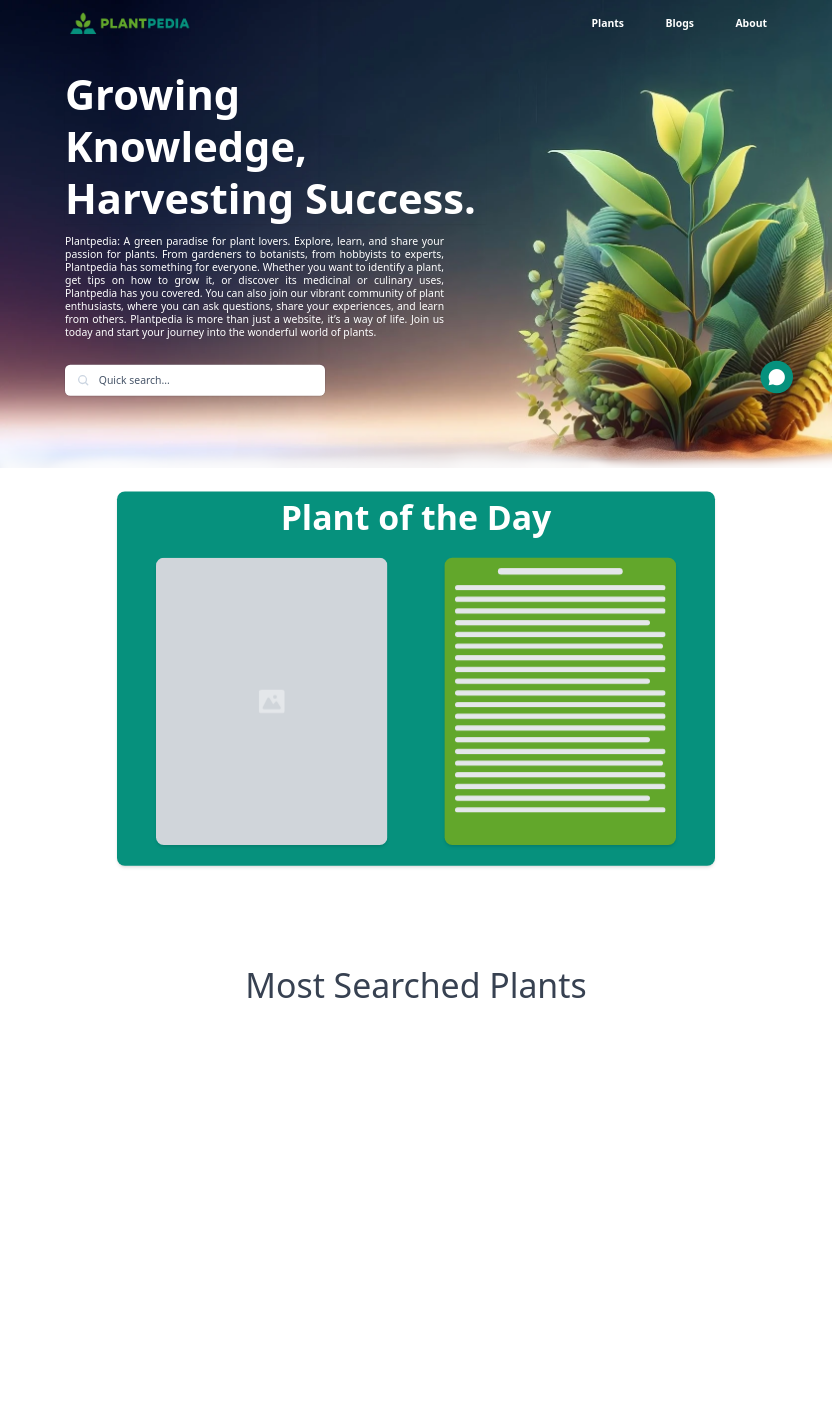
Repository: silham/PlantPedia
Page: /test/home
The author's editor kept a copy of each file at every save. The page is drawn from the files as they stood at one save, then again after the next save.
The browser window is 1280 px wide. The pictures show the whole page, at 65% of full size.
The page's requests for data from a server got no answer. The project was rebuilt for these pictures with package versions that can differ from the ones it lists, and the page was loaded fresh each time. The framework's server and built-in components were replaced by stand-ins that run in the browser. No one was signed in, and anything a server would have sent is missing. Also part of the build but not shown: next.config.js, app/components/SearchBox.css, app/test/Chat/style.css, app/utils/Formatter.ts.

Above is the page before, as saved 2023-10-16 14:40:45.

### app/layout.tsx
import "./globals.css";
import "remixicon/fonts/remixicon.css";
import type { Metadata } from "next";

export const metadata: Metadata = {
  title: "Plantpedia",
  description: "Growing knowledge, harvesting success",
};

export default function RootLayout({
  children,
}: {
  children: React.ReactNode;
}) {
  return (
    <html lang="en">
      <head>
        <meta
          name="format-detection"
          content="telephone=no, date=no, email=no, address=no"
        />
      </head>
      <body>{children}</body>
    </html>
  );
}

### app/test/home/page.tsx
import Image from "next/image";
import Link from "next/link";
import "./styles.css";
import { MainSearchBtn, SideSearchBtn } from "./SearchBtns";
import PlantOfDay from "./PlantOfDay";
import Chat from "../Chat/Chat";
import TrendingTopics from "./TrendingTopics";

const Home = () => {
  return (
    <>
      <section className="h-[100vh] w-[100vw] px-[100px] hero bg-cover text-white">
        <header className="h-[10vh] w-full flex justify-between py-2 items-center">
          <div className="h-full flex items-center justify-center">
            <Image src="/plantpedia.png" width={200} height={90} alt="logo" />
          </div>
          <nav className="flex justify-between text-[16px] font-semibold text-white w-[25%]">
            <Link href="/plants">Plants</Link>
            <Link href="/blogs">Blogs</Link>
            <Link href="/about#">About</Link>
          </nav>
        </header>
        <div className="w-[60%] h-full">
          <div className="flex flex-col justify-center h-full">
            <h2 className="text-[64px] font-extrabold leading-tight shadow-sm mb-4 -mt-[150px]">
              Growing Knowledge,
              <br />
              Harvesting Success.
            </h2>
            <h4 className="text-[16px] text-justify leading-tight w-[90%] mb-10">
              Plantpedia: A green paradise for plant lovers. Explore, learn, and
              share your passion for plants. From gardeners to botanists, from
              hobbyists to experts, Plantpedia has something for everyone.
              Whether you want to identify a plant, get tips on how to grow it,
              or discover its medicinal or culinary uses, Plantpedia has you
              covered. You can also join our vibrant community of plant
              enthusiasts, where you can ask questions, share your experiences,
              and learn from others. Plantpedia is more than just a website,
              it’s a way of life. Join us today and start your journey into the
              wonderful world of plants.
            </h4>
            <MainSearchBtn />
          </div>
        </div>
      </section>

      <section className="h-[100vh] w-[100vw] px-[180px]">
        <PlantOfDay />
      </section>

      <section className="h-[100vh] w-[100vw] px-[100px]">
        <TrendingTopics />
      </section>
      <SideSearchBtn />
      <Chat />
    </>
  );
};

export default Home;

### app/globals.css
@import url("https://fonts.googleapis.com/css2?family=Inter:wght@400;500;600&family=Poppins:wght@400;500;600&display=swap");
@tailwind base;
@tailwind components;
@tailwind utilities;

body {
  padding: 0;
  margin: 0;
  max-width: 100vw;
  overflow-x: hidden;
}

@layer utilities {
  .animation-delay-200 {
    animation-delay: 0.2s;
  }
  .animation-delay-400 {
    animation-delay: 0.4s;
  }
}

.circle {
  @apply w-2 h-2 mx-1 mb-0.5 mt-1 bg-gray-500 rounded-full;
}

### app/test/home/styles.css
.hero {
  background-image: url("/hero-bg.png");
}

.animate-sideSearchBtn-in {
  animation: animation-search-in 500ms ease-in forwards;
}

@keyframes animation-search-in {
  0% {
    opacity: 0;
    right: 0;
  }
  100% {
    opacity: 1;
    right: 60px;
  }
}

.animate-sideSearchBtn-out {
  animation: animation-search-out 500ms ease-out forwards;
}

@keyframes animation-search-out {
  0% {
    opacity: 1;
    right: 60px;
  }
  100% {
    opacity: 0;
    right: 0;
  }
}

### app/test/home/SearchBtns.tsx
"use client";
import SearchBox from "@/app/components/SearchBox";
import { useEffect, useRef } from "react";
import "./styles.css";

export const MainSearchBtn: React.FC = () => {
  const overlayRef = useRef<HTMLDivElement>(null);

  // This function is called when the "Start Searching" button gets clicked
  const openSearch = () => {
    if (overlayRef.current) {
      overlayRef.current.style.width = "100%";
    }
  };

  // This function is called when the "Close" button is clicked
  const closeSearch = () => {
    if (overlayRef.current) {
      overlayRef.current.style.width = "0%";
    }
  };
  return (
    <>
      <div>
        <button
          onClick={openSearch}
          type="button"
          className="hidden sm:flex items-center w-[400px] text-left space-x-3 px-4 h-12 bg-white ring-1 ring-slate-900/10 hover:ring-slate-300 focus:outline-none focus:ring-2 focus:ring-sky-500 shadow-sm rounded-lg text-slate-600"
        >
          <svg
            width="24"
            height="24"
            fill="none"
            stroke="currentColor"
            strokeWidth="2"
            strokeLinecap="round"
            strokeLinejoin="round"
            className="flex-none text-slate-300 dark:text-slate-400"
            aria-hidden="true"
          >
            <path d="m19 19-3.5-3.5"></path>
            <circle cx="11" cy="11" r="6"></circle>
          </svg>
          <span className="flex-auto">Quick search...</span>
        </button>
      </div>
      {/* The search overlay */}
      <div
        ref={overlayRef}
        className="flex h-[100vh] max-h-[100vh] w-0 fixed top-0 left-0 bg-black bg-opacity-90 duration-500 overflow-hidden z-10 "
      >
        <button
          className="absolute top-[20px] right-10 text-[60px] border-none bg-transparent cursor-pointer text-white"
          onClick={closeSearch}
        >
          &times;
        </button>
        <div className="relative top-[15%] w-full text-center mt-[30px] ">
          <SearchBox
            props={{
              n: 8,
              content: "",
              className:
                "relative w-[88%] flex justify-between items-center mx-[80px] rounded-full bg-[#EEF5B1] text-black",
              classNameUl:
                "absolute top-full left-0 right-0 z-10 bg-[#EEF5B1] rounded-lg shadow-lg overflow-hidden mt-[3px]",
              classNameLi: "border-b-[1px] border-gray-400",
              classNameLink:
                "px-4 py-2 hover:bg-gray-400 transition-colors flex flex-row justify-between items-center",
            }}
          />
        </div>
      </div>
    </>
  );
};

export const SideSearchBtn: React.FC = () => {
  const overlayRef = useRef<HTMLDivElement>(null);

  // This function is called when the "Start Searching" button gets clicked
  const openSearch = () => {
    if (overlayRef.current) {
      overlayRef.current.style.width = "100%";
    }
  };

  // This function is called when the "Close" button is clicked
  const closeSearch = () => {
    if (overlayRef.current) {
      overlayRef.current.style.width = "0%";
    }
  };
  useEffect(() => {
    const handleScroll = () => {
      const sideSearchBtn = document.getElementById("sideSearchBtn");
      var vh = window.innerHeight;
      var scrollHeight = window.scrollY;
      if (
        scrollHeight < vh * 0.2 &&
        sideSearchBtn?.classList.contains("animate-sideSearchBtn-in")
      ) {
        sideSearchBtn.classList.remove("animate-sideSearchBtn-in");
        sideSearchBtn.classList.add("animate-sideSearchBtn-out");
      }
      if (scrollHeight >= vh * 0.2) {
        sideSearchBtn?.classList.remove("animate-sideSearchBtn-out");
        sideSearchBtn?.classList.add("animate-sideSearchBtn-in");
      }
    };

    window.addEventListener("scroll", handleScroll);

    // Cleanup function to remove the event listener
    return () => {
      window.removeEventListener("scroll", handleScroll);
    };
  }, []); // Empty dependency array means this effect runs once on mount and cleanup on unmount

  return (
    <>
      <div
        id="sideSearchBtn"
        className="fixed bottom-[50px] right-0 opacity-0 rounded-full bg-custom-blue-green shadow-xl w-[50px] h-[50px] flex items-center justify-center cursor-pointer"
        onClick={openSearch}
      >
        <i className="text-[24px] text-white ri-search-2-line"></i>
      </div>
      {/* The search overlay */}
      <div
        ref={overlayRef}
        className="flex h-[100vh] max-h-[100vh] w-0 fixed top-0 left-0 bg-black bg-opacity-90 duration-500 overflow-hidden z-10 "
      >
        <button
          className="absolute top-[20px] right-10 text-[60px] border-none bg-transparent cursor-pointer text-white"
          onClick={closeSearch}
        >
          &times;
        </button>
        <div className="relative top-[15%] w-full text-center mt-[30px] ">
          <SearchBox
            props={{
              n: 8,
              content: "",
              className:
                "relative w-[88%] flex justify-between items-center mx-[80px] rounded-full bg-[#EEF5B1] text-black",
              classNameUl:
                "absolute top-full left-0 right-0 z-10 bg-[#EEF5B1] rounded-lg shadow-lg overflow-hidden mt-[3px]",
              classNameLi: "border-b-[1px] border-gray-400",
              classNameLink:
                "px-4 py-2 hover:bg-gray-400 transition-colors flex flex-row justify-between items-center",
            }}
          />
        </div>
      </div>
    </>
  );
};

### app/test/home/TrendingTopics.tsx
import React from "react";

const TrendingTopics = () => {
  return (
    <div className="flex w-full">
      <div className="w-full flex justify-center h-[15%]">
        <h3 className="text-[52px] text-gray-700">Most Searched Plants</h3>
      </div>
    </div>
  );
};

export default TrendingTopics;

### app/components/SearchBox.tsx
"use client";
import Link from "next/link";
import { useEffect, useRef, useState } from "react";
import "./SearchBox.css";
import UrlGen from "../utils/SlugGen";

interface Props {
  props: {
    content: string;
    className: string;
    classNameUl: string;
    classNameLi: string;
    classNameLink: string;
    n: number;
  };
}

function SearchBox({ props }: Props) {
  const [searchTerm, setSearchTerm] = useState("");
  const [results, setResults] = useState([
    {
      id: "",
      common_name: "",
      scientific_name: "",
      type: "",
    },
  ]);
  const [isFocused, setIsFocused] = useState(false);
  const containerRef = useRef<HTMLDivElement>(null);
  const searchRef = useRef<HTMLInputElement>(null);

  let type = "";
  let term = "";
  const handleChange = async () => {
    if (searchRef.current !== null) {
      term = searchRef.current.value;
    }
    setSearchTerm(term);
    if (term.length > 0) {
      try {
        const res = await fetch(
          `http://localhost:3000/api/searchbar?q=${term}&type=${type}`
        );
        const data = await res.json();
        console.log(data);
        setResults(data);
        console.log(results);
      } catch (error) {
        console.log(error);
      }
    }
  };

  const clearSearch = () => {
    if (searchRef.current !== null) {
      searchRef.current.value = "";
    }

    setSearchTerm("");
    handleChange();
  };

  const handleFocus = () => {
    setIsFocused(true);
  };

  const handleBlur = () => {
    setTimeout(() => {
      setIsFocused(false);
    }, 500);
  };

  const handleClickOutside = (event: MouseEvent) => {
    if (
      containerRef.current &&
      !containerRef.current.contains(event.target as Node)
    ) {
      setIsFocused(false);
    }
  };

  useEffect(() => {
    document.addEventListener("mousedown", handleClickOutside);
    return () => {
      document.removeEventListener("mousedown", handleClickOutside);
    };
  }, []);

  useEffect(() => {
    if (searchRef.current) {
      searchRef.current.value = props.content;
      setSearchTerm(props.content);
    }
  }, []);

  return (
    <div className={props.className} ref={containerRef}>
      <input
        type="text"
        spellCheck="false"
        placeholder="Search for plants, plant disease & solutions and blogs..."
        className="w-[95%] h-[40px] focus:outline-none px-[15px] bg-transparent"
        maxLength={200}
        value={searchTerm}
        onChange={handleChange}
        id="searchBar"
        onFocus={handleFocus}
        onBlur={handleBlur}
        ref={searchRef}
        autoComplete="off"
        autoFocus
      />
      <div
        className="bg-black w-[32px] h-[32px] rounded-full mr-[4px] flex justify-center items-center cursor-pointer"
        onClick={clearSearch}
      >
        <i
          className={`text-[22px] text-white ${
            searchTerm ? "ri-close-line" : "ri-search-2-line"
          }`}
        ></i>
      </div>
      {searchTerm && isFocused && (
        <ul className={props.classNameUl}>
          <li className={props.classNameLi}>
            <Link
              href={`/api/search?q=${searchTerm}`}
              className={props.classNameLink}
            >
              {searchTerm}
            </Link>
          </li>
          {results[0].id != "" &&
            results.slice(0, props.n).map(
              (
                result: {
                  id: string;
                  type: string;
                  common_name: string;
                  scientific_name: string;
                },
                index
              ) => (
                <li key={index} className={props.classNameLi}>
                  <Link
                    href={UrlGen(
                      result.type.toLowerCase(),
                      result.scientific_name
                    )}
                    className={props.classNameLink}
                  >
                    <div className="flex">
                      <h4 className="font-semibold">{result.common_name}</h4>
                      <h5 className="text-gray-700 italic">
                        &nbsp;&#40;{result.scientific_name}&#41;
                      </h5>
                    </div>
                    <div
                      className={`rounded-full px-[7px] text-[12px] capitalize ${
                        result.type == "PLANTS"
                          ? "bg-green-400"
                          : result.type == "PESTS"
                          ? "bg-red-400"
                          : result.type == "BLIGHTS"
                          ? "bg-red-400"
                          : result.type == "PESTICIDES"
                          ? "bg-yellow-400"
                          : "bg-blue-400"
                      }`}
                    >
                      {result.type.toLowerCase()}
                    </div>
                  </Link>
                </li>
              )
            )}
        </ul>
      )}
    </div>
  );
}

export default SearchBox;

### app/utils/TextShorter.tsx
const TextShorter = (text: string, letters: number) => {
  if (text.length > letters) {
    return text.slice(0, letters - 2) + "...";
  } else {
    return text;
  }
};

export default TextShorter;

### app/utils/SlugGen.ts
const UrlGen = (type: string,scientific_name: string) => {
    let slug = scientific_name.replace(/ /g, "-").toLowerCase();
    let url = "/" + type.toLowerCase() + "/" + slug
    return url
}

export default UrlGen

### tailwind.config.ts
import type { Config } from 'tailwindcss'

const config: Config = {
  content: [
    './pages/**/*.{js,ts,jsx,tsx,mdx}',
    './components/**/*.{js,ts,jsx,tsx,mdx}',
    './app/**/*.{js,ts,jsx,tsx,mdx}',
  ],
  theme: {
    extend: {
      backgroundImage: {
        'gradient-radial': 'radial-gradient(var(--tw-gradient-stops))',
        'gradient-conic':
          'conic-gradient(from 180deg at 50% 50%, var(--tw-gradient-stops))',
      },
      colors:{
        'custom-green': '#62A72B',
        'custom-blue-green': '#06917D',
      },
      animation: {
        loader: 'loader 0.6s infinite alternate'
      },
      keyframes: {
        loader: {
          to: {
            opacity: "0.1",
            transform: 'translate3d(0, -0.3rem, 0)'
          }
        }
      }
    },
  },
  plugins: [],
}
export default config

Loaded but not shown: app/test/Chat/Chat.tsx (199 lines, source omitted); app/test/home/PlantOfDay.tsx (139 lines, source omitted)

After the next save:
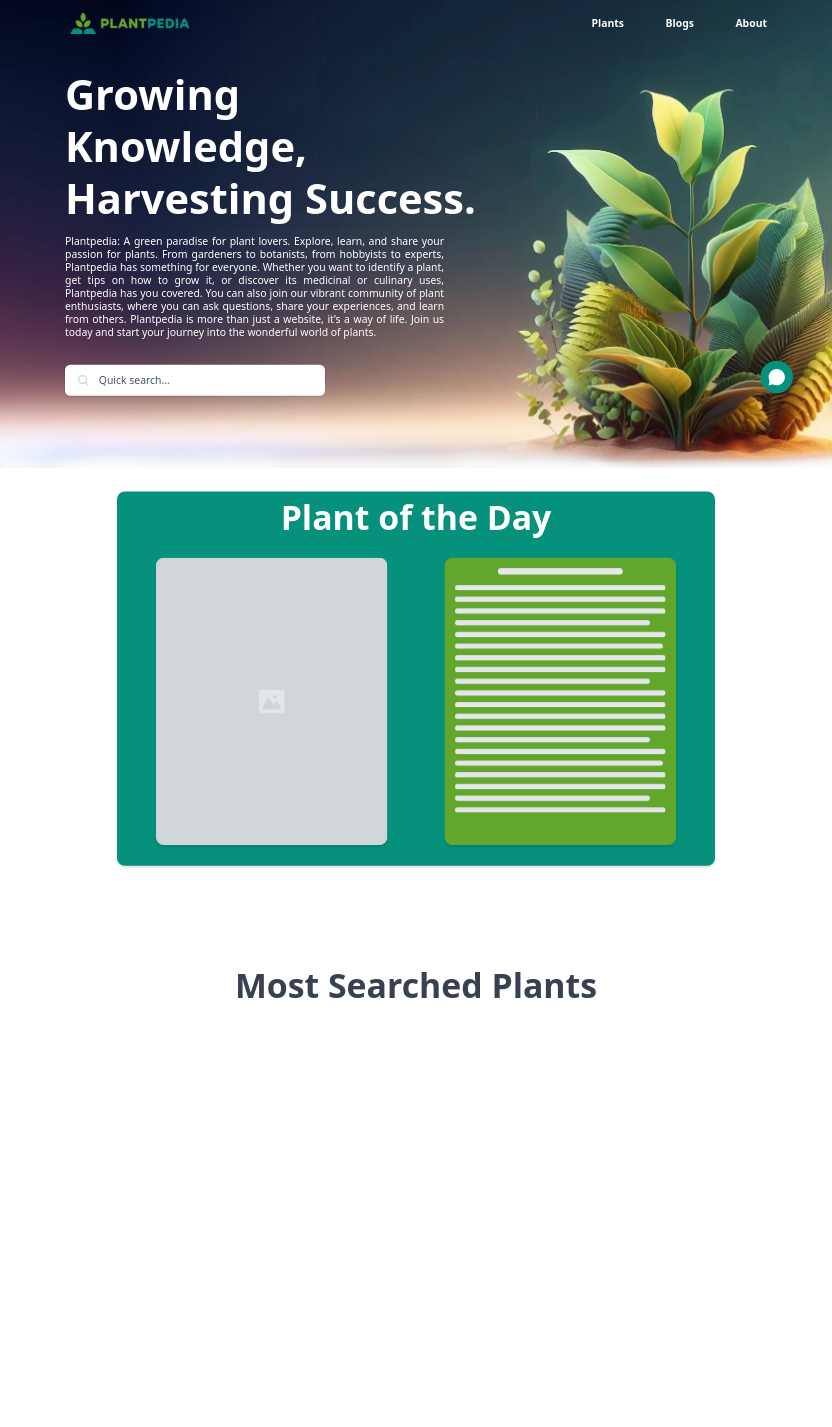
Saved 30 s later.
--- a/app/test/home/TrendingTopics.tsx
+++ b/app/test/home/TrendingTopics.tsx
@@ -4,7 +4,9 @@ const TrendingTopics = () => {
   return (
     <div className="flex w-full">
       <div className="w-full flex justify-center h-[15%]">
-        <h3 className="text-[52px] text-gray-700">Most Searched Plants</h3>
+        <h3 className="text-[52px] text-gray-700 font-black">
+          Most Searched Plants
+        </h3>
       </div>
     </div>
   );
